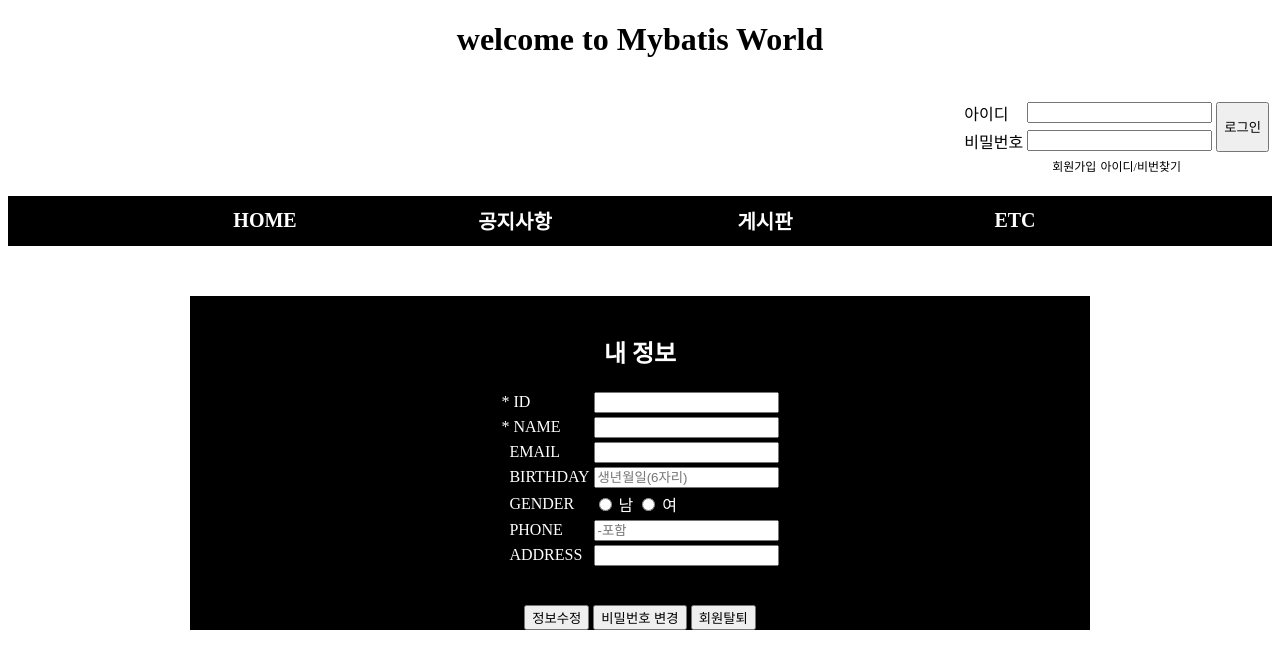
Repository: ailraon/KHAcademy
Page: http://localhost/mybatisProject/views/member/myPage.jsp
The author's editor kept a copy of each file at every save. The page is drawn from the files as they stood at one save, then again after the next save.
The browser window is 1280 px wide. The pictures show the whole page.
The page is served by Tomcat 10.

Above is the page before, as saved 2025-03-06 06:36:56.

After the next save:
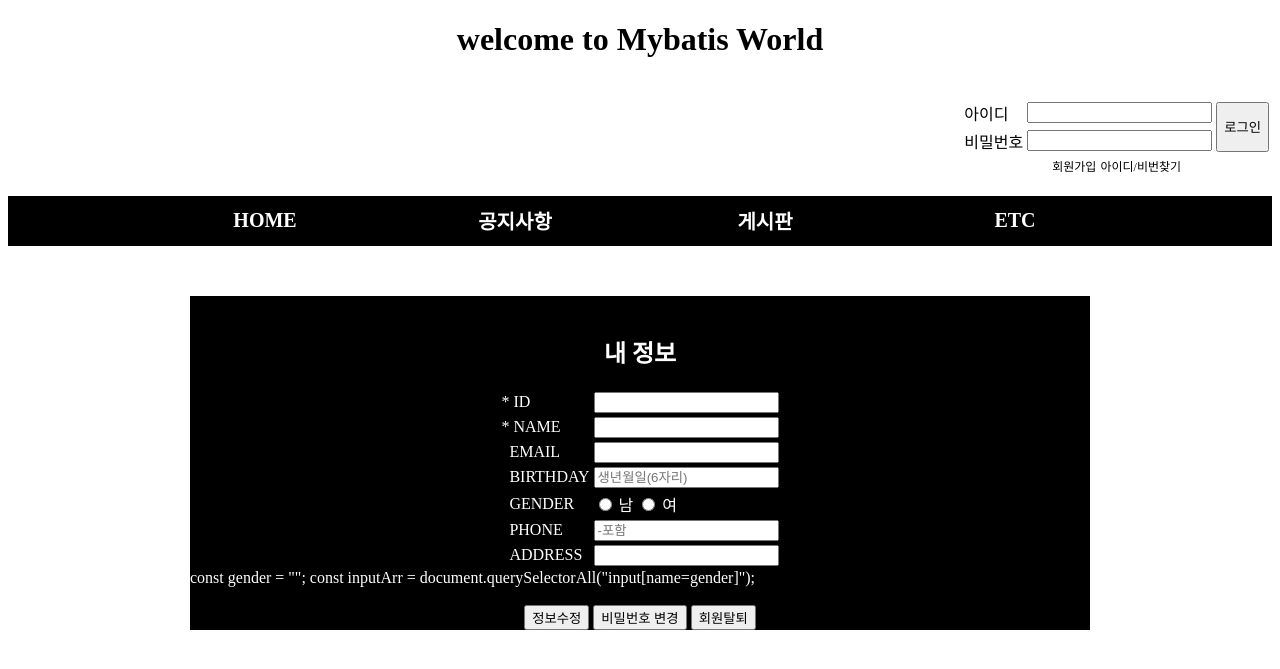
Saved 3 min 6 s later.
--- a/JakartaEE 스펙을 적용한 BackEnd 개발/mybatisProject/src/main/webapp/views/member/myPage.jsp
+++ b/JakartaEE 스펙을 적용한 BackEnd 개발/mybatisProject/src/main/webapp/views/member/myPage.jsp
@@ -24,11 +24,11 @@
 				</tr>
 				<tr>
 					<td>&nbsp;&nbsp;EMAIL</td>
-					<td><input type="email" name="email"></td>
+					<td><input type="email" name="email" value="${loginUser.email}"></td>
 				</tr>
 				<tr>
 					<td>&nbsp;&nbsp;BIRTHDAY</td>
-					<td><input type="text" name="birthday" placeholder="생년월일(6자리)"></td>
+					<td><input type="text" name="birthday" placeholder="생년월일(6자리)" value="${loginUser.birthday}"></td>
 				</tr>
 				<tr>
 					<td>&nbsp;&nbsp;GENDER</td>
@@ -39,13 +39,19 @@
 				</tr>
 				<tr>
 					<td>&nbsp;&nbsp;PHONE</td>
-					<td><input type="text" name="phone" placeholder="-포함"></td>
+					<td><input type="text" name="phone" placeholder="-포함" value="${loginUser.phone }"></td>
 				</tr>
 				<tr>
 					<td>&nbsp;&nbsp;ADDRESS</td>
-					<td><input type="text" name="address"></td>
+					<td><input type="text" name="address" value="${loginUser.address }"></td>
 				</tr>
 			</table>
+			<scirpt>
+				const gender = "${loginUser.gender }";
+				const inputArr = document.querySelectorAll("input[name=gender]");
+
+
+			</scirpt>
 
 			<br><br>
 
